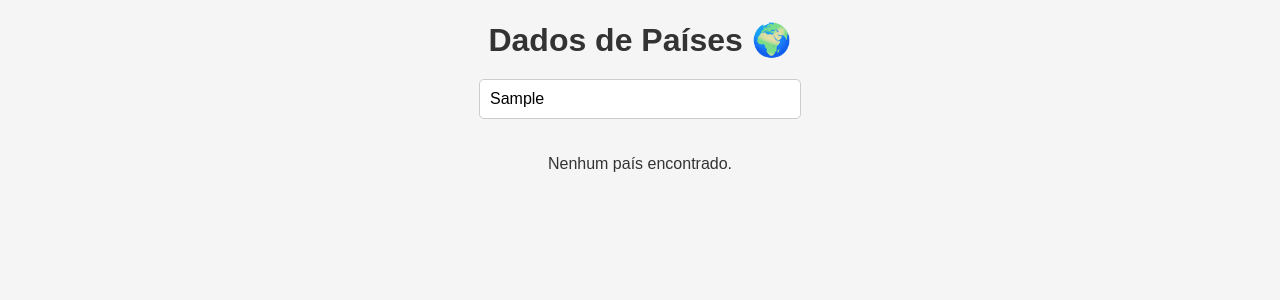
Repository: Wbyh7z/procurador-de-pa-s
Page: index.html
An editor plug-in stored every save of this project. The page is shown before and after the next save, followed by the edit.
The browser window is 1280 px wide. The pictures show the whole page.
Empty fields were first filled with sample values (such as "Sample", 5 or name@example.com).
After loading, the first visible `#search` was changed once.
The page's requests for data from a server got no answer.

Above is the page before, as saved 2025-08-11 01:56:07.

### index.html
<!DOCTYPE html>
<html lang="pt-BR">
<head>
  <meta charset="UTF-8" />
  <title>App Dados de Países</title>
  <style>
    body {
      font-family: Arial, sans-serif;
      margin: 20px;
      background: #f5f5f5;
      color: #333;
    }

    h1 {
      text-align: center;
      margin-bottom: 20px;
    }

    #search {
      display: block;
      margin: 0 auto 20px auto;
      padding: 10px;
      width: 300px;
      font-size: 16px;
      border-radius: 5px;
      border: 1px solid #ccc;
    }

    #countries-list {
      display: flex;
      flex-wrap: wrap;
      justify-content: center;
      gap: 15px;
    }

    .country-card {
      background: white;
      border-radius: 8px;
      box-shadow: 0 2px 8px rgba(0,0,0,0.1);
      width: 220px;
      padding: 15px;
      text-align: center;
      transition: transform 0.2s;
      cursor: pointer;
    }

    .country-card:hover {
      transform: scale(1.05);
      box-shadow: 0 4px 12px rgba(0,0,0,0.15);
    }

    .flag {
      width: 100%;
      height: 120px;
      object-fit: contain;
      border-radius: 4px;
      margin-bottom: 10px;
      border: 1px solid #ddd;
    }

    .country-name {
      font-weight: bold;
      font-size: 18px;
      margin-bottom: 8px;
    }

    .country-info {
      font-size: 14px;
      color: #555;
    }

    .loading {
      text-align: center;
      font-size: 18px;
      margin-top: 40px;
      color: #777;
    }
  </style>
</head>
<body>

  <h1>Dados de Países 🌍</h1>
  <input type="text" id="search" placeholder="Digite o nome do país..." />

  <div id="countries-list">
    <div class="loading">Carregando países...</div>
  </div>

  <script>
    const countriesList = document.getElementById('countries-list');
    const searchInput = document.getElementById('search');
    let countries = [];

    // Buscar todos os países da API
    fetch('https://restcountries.com/v3.1/all')
      .then(response => response.json())
      .then(data => {
        countries = data.sort((a, b) => a.name.common.localeCompare(b.name.common));
        renderCountries(countries);
      })
      .catch(err => {
        countriesList.innerHTML = '<p>Erro ao carregar os dados.</p>';
        console.error(err);
      });

    // Renderiza a lista de países filtrados
    function renderCountries(list) {
      if(list.length === 0) {
        countriesList.innerHTML = '<p>Nenhum país encontrado.</p>';
        return;
      }

      countriesList.innerHTML = ''; // limpa antes

      list.forEach(country => {
        const card = document.createElement('div');
        card.classList.add('country-card');

        card.innerHTML = `
          <img class="flag" src="${country.flags.svg}" alt="Bandeira de ${country.name.common}" />
          <div class="country-name">${country.name.common}</div>
          <div class="country-info">Capital: ${country.capital ? country.capital[0] : 'N/A'}</div>
          <div class="country-info">População: ${country.population.toLocaleString('pt-BR')}</div>
          <div class="country-info">Região: ${country.region}</div>
        `;

        countriesList.appendChild(card);
      });
    }

    // Filtrar países enquanto digita
    searchInput.addEventListener('input', () => {
      const searchTerm = searchInput.value.toLowerCase().trim();

      const filtered = countries.filter(country =>
        country.name.common.toLowerCase().includes(searchTerm)
      );

      renderCountries(filtered);
    });
  </script>

</body>
</html>

After the next save:
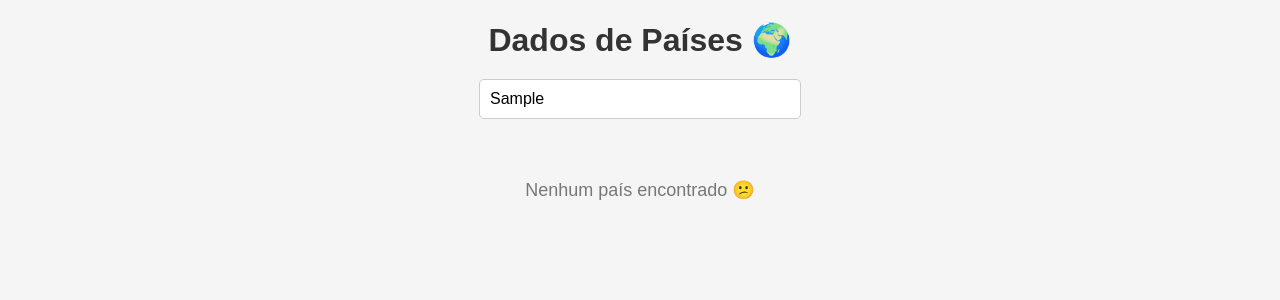
Saved 92 s later.
--- a/index.html
+++ b/index.html
@@ -10,12 +10,10 @@
       background: #f5f5f5;
       color: #333;
     }
-
     h1 {
       text-align: center;
       margin-bottom: 20px;
     }
-
     #search {
       display: block;
       margin: 0 auto 20px auto;
@@ -25,14 +23,12 @@
       border-radius: 5px;
       border: 1px solid #ccc;
     }
-
     #countries-list {
       display: flex;
       flex-wrap: wrap;
       justify-content: center;
       gap: 15px;
     }
-
     .country-card {
       background: white;
       border-radius: 8px;
@@ -43,12 +39,10 @@
       transition: transform 0.2s;
       cursor: pointer;
     }
-
     .country-card:hover {
       transform: scale(1.05);
       box-shadow: 0 4px 12px rgba(0,0,0,0.15);
     }
-
     .flag {
       width: 100%;
       height: 120px;
@@ -57,23 +51,21 @@
       margin-bottom: 10px;
       border: 1px solid #ddd;
     }
-
     .country-name {
       font-weight: bold;
       font-size: 18px;
       margin-bottom: 8px;
     }
-
     .country-info {
       font-size: 14px;
       color: #555;
     }
-
-    .loading {
+    .loading, .no-results {
       text-align: center;
       font-size: 18px;
       margin-top: 40px;
       color: #777;
+      width: 100%;
     }
   </style>
 </head>
@@ -91,6 +83,15 @@
     const searchInput = document.getElementById('search');
     let countries = [];
 
+    // Função para normalizar texto: tira acentos, deixa minúsculo e remove espaços extras
+    function normalizeText(text) {
+      return text
+        .normalize("NFD")                   // separa os acentos
+        .replace(/[\u0300-\u036f]/g, "")   // remove acentos
+        .toLowerCase()
+        .trim();
+    }
+
     // Buscar todos os países da API
     fetch('https://restcountries.com/v3.1/all')
       .then(response => response.json())
@@ -103,14 +104,14 @@
         console.error(err);
       });
 
-    // Renderiza a lista de países filtrados
+    // Renderiza a lista de países
     function renderCountries(list) {
       if(list.length === 0) {
-        countriesList.innerHTML = '<p>Nenhum país encontrado.</p>';
+        countriesList.innerHTML = '<div class="no-results">Nenhum país encontrado 😕</div>';
         return;
       }
 
-      countriesList.innerHTML = ''; // limpa antes
+      countriesList.innerHTML = '';
 
       list.forEach(country => {
         const card = document.createElement('div');
@@ -128,13 +129,21 @@
       });
     }
 
-    // Filtrar países enquanto digita
+    // Filtrar países enquanto digita, usando normalização
     searchInput.addEventListener('input', () => {
-      const searchTerm = searchInput.value.toLowerCase().trim();
+      const searchTerm = normalizeText(searchInput.value);
 
-      const filtered = countries.filter(country =>
-        country.name.common.toLowerCase().includes(searchTerm)
-      );
+      if (!searchTerm) {
+        // Se não digitar nada, mostra todos
+        renderCountries(countries);
+        return;
+      }
+
+      const filtered = countries.filter(country => {
+        const countryName = normalizeText(country.name.common);
+        const capital = country.capital ? normalizeText(country.capital[0]) : '';
+        return countryName.includes(searchTerm) || capital.includes(searchTerm);
+      });
 
       renderCountries(filtered);
     });
